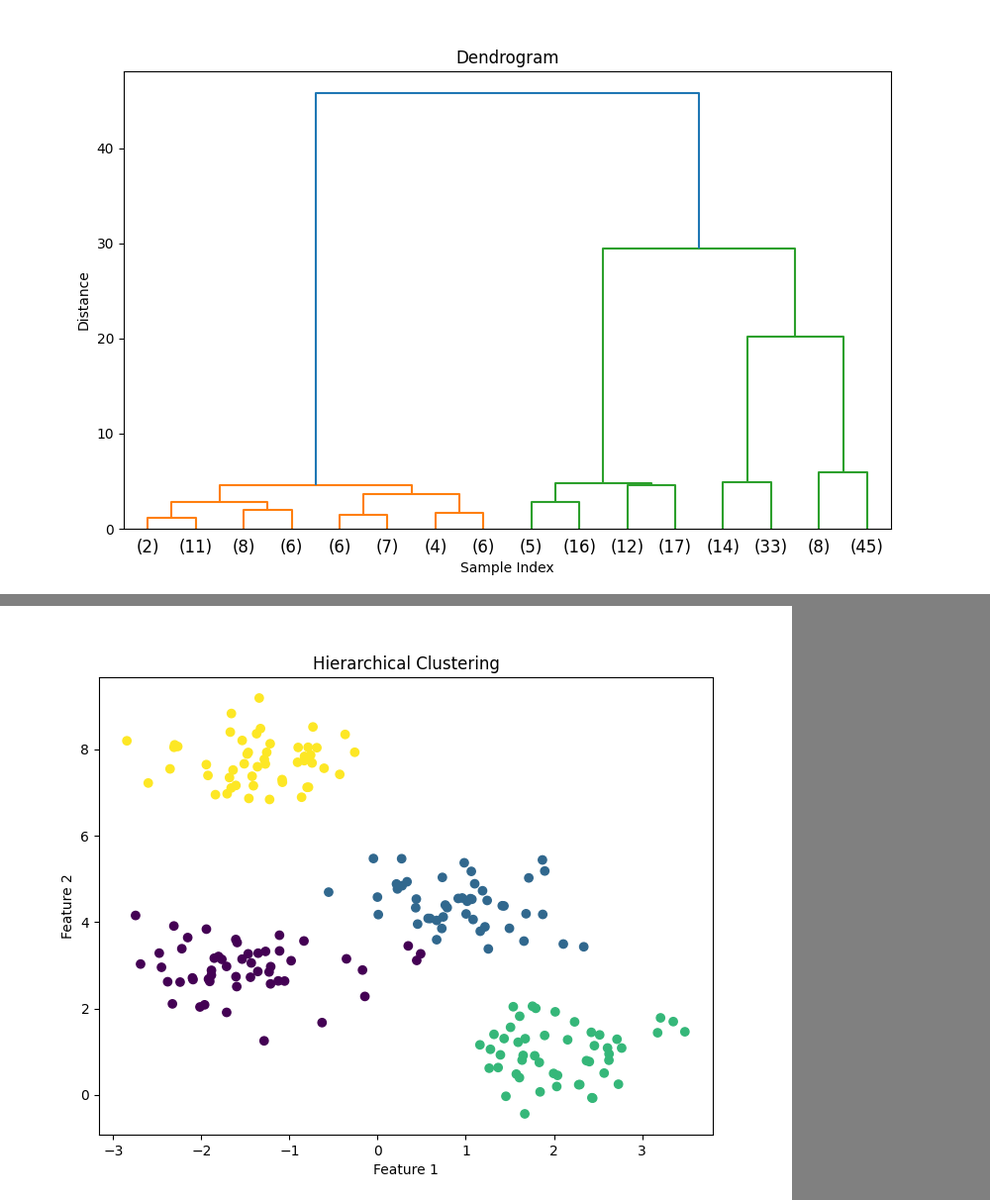
Repository: pankajchopra/Clustering
Script's output: python dbscan.py
The author's editor kept a copy of each file at every save. The script's output is drawn from the files as they stood at one save, then again after the next save.
The pictures are shown at 99% of full size.
Each picture stacks the figures in order, with grey between them; figures that are only written to a file come last. Random numbers start from a fixed seed.

Above is the script's output before, as saved 2024-05-11 22:25:28.

### dbscan.py
import numpy as np
import matplotlib.pyplot as plt
from scipy.cluster.hierarchy import dendrogram, linkage
from sklearn.datasets import make_blobs
from sklearn.cluster import AgglomerativeClustering

# Generate sample data
X, y = make_blobs(n_samples=200, centers=4, cluster_std=0.6, random_state=0)

# Calculate the linkage matrix
Z = linkage(X, method='ward')

# Plot the dendrogram
plt.figure(figsize=(10, 6))
dendrogram(Z, truncate_mode='level', p=3)
plt.xlabel("Sample Index")
plt.ylabel("Distance")
plt.title("Dendrogram")
plt.show()

# Fit the AgglomerativeClustering model
clustering = AgglomerativeClustering(n_clusters=4, linkage='ward')
cluster_labels = clustering.fit_predict(X)

# Plot the clustering results
plt.figure(figsize=(8, 6))
plt.scatter(X[:, 0], X[:, 1], c=cluster_labels)
plt.title("Hierarchical Clustering")
plt.xlabel("Feature 1")
plt.ylabel("Feature 2")
plt.show()

After the next save:
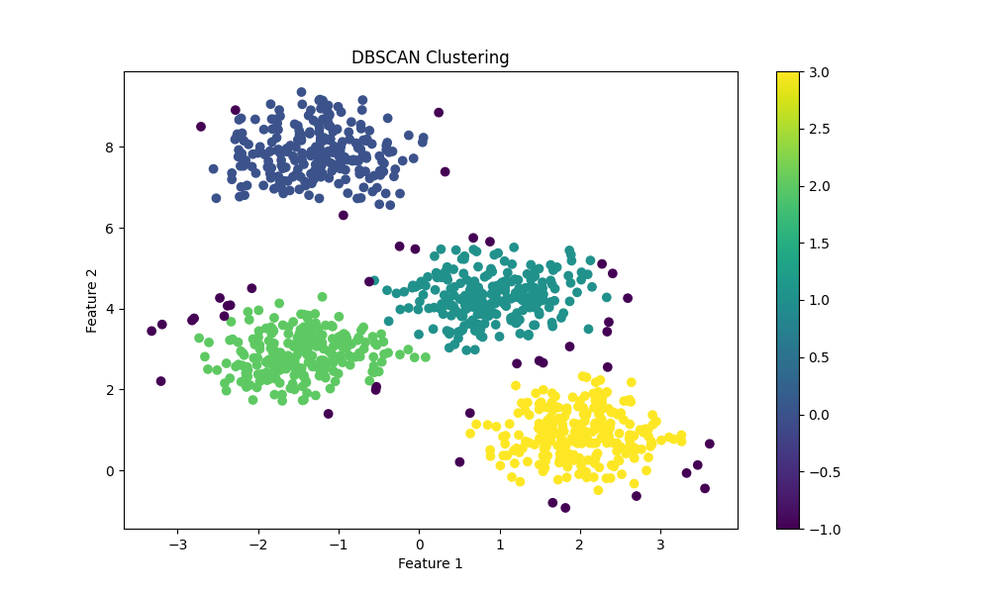
Saved 56 s later.
--- a/dbscan.py
+++ b/dbscan.py
@@ -1,31 +1,25 @@
 import numpy as np
 import matplotlib.pyplot as plt
-from scipy.cluster.hierarchy import dendrogram, linkage
 from sklearn.datasets import make_blobs
-from sklearn.cluster import AgglomerativeClustering
+from sklearn.cluster import DBSCAN
 
 # Generate sample data
-X, y = make_blobs(n_samples=200, centers=4, cluster_std=0.6, random_state=0)
+X, y = make_blobs(n_samples=1000, centers=4, cluster_std=0.6, random_state=0)
 
-# Calculate the linkage matrix
-Z = linkage(X, method='ward')
+# Fit the DBSCAN model
+dbscan = DBSCAN(eps=0.5, min_samples=20)
+clusters = dbscan.fit_predict(X)
 
-# Plot the dendrogram
+# Plot the clustering results
 plt.figure(figsize=(10, 6))
-dendrogram(Z, truncate_mode='level', p=3)
-plt.xlabel("Sample Index")
-plt.ylabel("Distance")
-plt.title("Dendrogram")
+plt.scatter(X[:, 0], X[:, 1], c=clusters, cmap='viridis')
+plt.title('DBSCAN Clustering')
+plt.xlabel('Feature 1')
+plt.ylabel('Feature 2')
+plt.colorbar()
 plt.show()
 
-# Fit the AgglomerativeClustering model
-clustering = AgglomerativeClustering(n_clusters=4, linkage='ward')
-cluster_labels = clustering.fit_predict(X)
-
-# Plot the clustering results
-plt.figure(figsize=(8, 6))
-plt.scatter(X[:, 0], X[:, 1], c=cluster_labels)
-plt.title("Hierarchical Clustering")
-plt.xlabel("Feature 1")
-plt.ylabel("Feature 2")
-plt.show()
+# Print the number of clusters and noise points
+unique_labels = set(clusters)
+print(f"Number of clusters: {len(unique_labels) - (1 if -1 in unique_labels else 0)}")
+print(f"Number of noise points: {list(clusters).count(-1)}")
